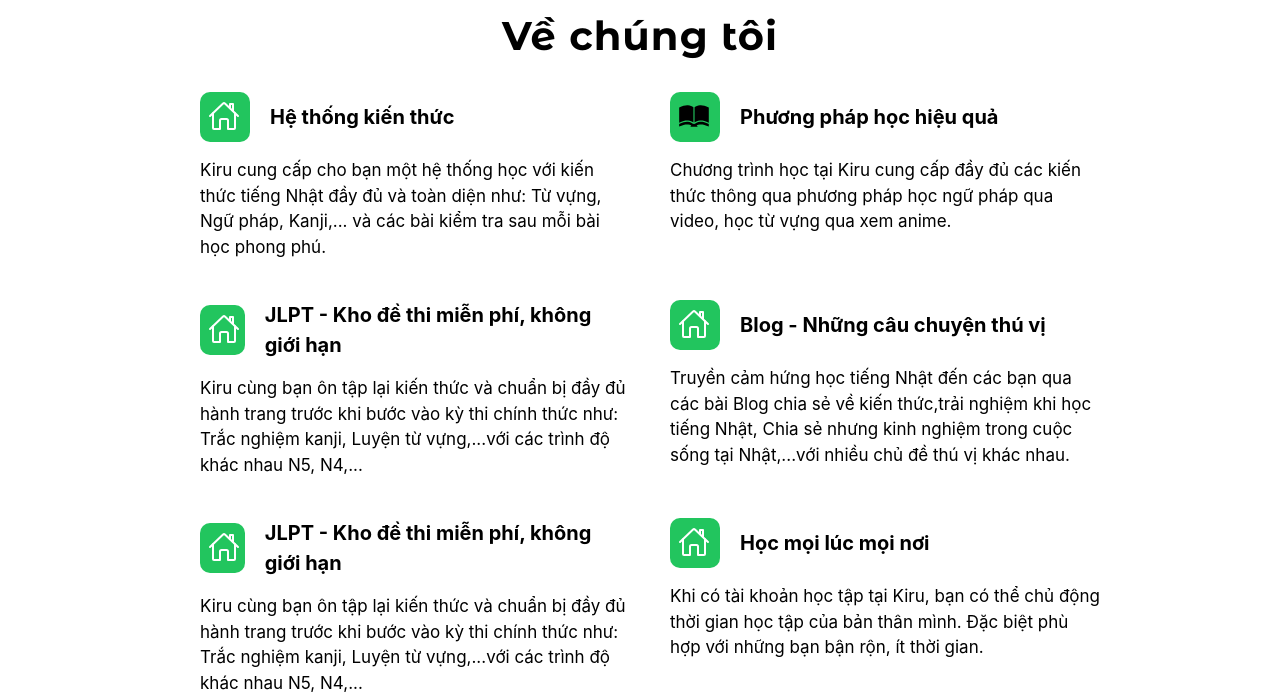
Repository: Quynhhuong150322/Kiru_Website-hoc-tieng-Nhat
Page: /
The author's editor kept a copy of each file at every save. The page is drawn from the files as they stood at one save, then again after the next save.
The browser window is 1280 px wide. The pictures show the part of the page from y = 820 to 1516 px (the page is 1516 px tall).
The project was rebuilt for these pictures with package versions that can differ from the ones it lists, and the page was loaded fresh each time.

Above is the page before, as saved 2023-08-14 12:04:40.

### public/index.html
<!DOCTYPE html>
<html lang="en">
  <head>
    <meta charset="utf-8" />
    <link rel="icon" href="%PUBLIC_URL%/favicon.ico" />
    <meta name="viewport" content="width=device-width, initial-scale=1" />
    <meta name="theme-color" content="#000000" />
    <meta
      name="description"
      content="Web site created using create-react-app"
    />
    <link rel="apple-touch-icon" href="%PUBLIC_URL%/logo192.png" />
    <!--
      manifest.json provides metadata used when your web app is installed on a
      user's mobile device or desktop. See https://developers.google.com/web/fundamentals/web-app-manifest/
    -->
    <link rel="manifest" href="%PUBLIC_URL%/manifest.json" />
    <!--
      Notice the use of %PUBLIC_URL% in the tags above.
      It will be replaced with the URL of the `public` folder during the build.
      Only files inside the `public` folder can be referenced from the HTML.

      Unlike "/favicon.ico" or "favicon.ico", "%PUBLIC_URL%/favicon.ico" will
      work correctly both with client-side routing and a non-root public URL.
      Learn how to configure a non-root public URL by running `npm run build`.
    -->
    <title>Kiru web</title>
  </head>
  <body>
    <noscript>You need to enable JavaScript to run this app.</noscript>
    <div id="root"></div>
    <!--
      This HTML file is a template.
      If you open it directly in the browser, you will see an empty page.

      You can add webfonts, meta tags, or analytics to this file.
      The build step will place the bundled scripts into the <body> tag.

      To begin the development, run `npm start` or `yarn start`.
      To create a production bundle, use `npm run build` or `yarn build`.
    -->
  </body>
</html>

### src/index.js
import React from 'react';
import ReactDOM from 'react-dom/client';
import './index.css';
import App from './App';
import reportWebVitals from './reportWebVitals';
import { BrowserRouter} from "react-router-dom";


const root = ReactDOM.createRoot(document.getElementById('root'));
root.render(
  <React.StrictMode>
    <BrowserRouter>
      <App />
    </BrowserRouter>
  </React.StrictMode>
);

// If you want to start measuring performance in your app, pass a function
// to log results (for example: reportWebVitals(console.log))
// or send to an analytics endpoint. Learn more: https://bit.ly/CRA-vitals
reportWebVitals();

### src/App.js
import './App.css';
import HeaderBefor from "./component/HeaderBefor";
// import MyRoutes from './route/MyRoutes';
import GioiThieu from "./component/Gioi_thieu"

function App() {
  return (
    <div className = "bg-white">
      {/* <MyRoutes></MyRoutes> */}
      <HeaderBefor></HeaderBefor>
      <GioiThieu></GioiThieu>
    </div>
  );
}

export default App;

### src/App.css
.App {
  text-align: center;
}

.App-logo {
  height: 40vmin;
  pointer-events: none;
}

@media (prefers-reduced-motion: no-preference) {
  .App-logo {
    animation: App-logo-spin infinite 20s linear;
  }
}

.App-header {
  background-color: #282c34;
  min-height: 100vh;
  display: flex;
  flex-direction: column;
  align-items: center;
  justify-content: center;
  font-size: calc(10px + 2vmin);
  color: white;
}

.App-link {
  color: #61dafb;
}

@keyframes App-logo-spin {
  from {
    transform: rotate(0deg);
  }
  to {
    transform: rotate(360deg);
  }
}

@font-face {
  font-family: Japanese;
  src: url(./font/Japanese\ 3017.ttf);
}

@font-face {
  font-family: InterBold;
  src: url(./font/Inter-Bold.ttf);
}

@font-face {
  font-family: InterRegular;
  src: url(./font/Inter-Regular.ttf);
}

@font-face {
  font-family: Montserrat;
  src: url(./font/MontserratAlternates-Bold.otf);
}

### src/component/HeaderBefor.js
import React from "react";
import logo from "../image/logo.png"
import { Link } from "react-router-dom";

const Header = () => {
    return (
        <div className = "bg-white top-0 h-[70px] ">
            <div class="flex justify-between items-center p-1">
                <Link to = "/">
                    <div className="flex flex-row items-center gap-5 pl-[50px] justify-center">
                        <img
                            className="h-[55px] w-55px] rounded-full "
                            src = {logo}
                            alt = "logo"
                        />
                        <div className="font-japanese text-[40px] font-bold">Kiru</div>
                    </div>
                </Link>
                <div className=""></div>
                    <ul className="flex space-x-4 justify-start gap-10 font-interBold text-[17px] pr-28 ">
                        <li className="hover:text-yellow-500">
                            <Link to = "/GioiThieu">Giới Thiệu</Link>
                        </li>
                        <li className="hover:text-yellow-500">
                            <Link to = "/LienHe">Liên hệ</Link>
                        </li>
                        <li className="hover:text-yellow-500">
                            <Link to = "/KhoaHocBefor">Khoá học</Link>
                        </li>
                        <li className="hover:text-yellow-500">
                            <Link to = "/FAQs">FAQs</Link>
                        </li>
                    </ul>
                <div className="pr-[50px] flex items-center ">
                    <ul className="flex space-x-4 justify-start gap-1 font-interBold text-[17px] items-center">
                        <li>
                            <button
                                type="button"
                                className="w-[117px] h-10 rounded-[20px] hover:border-2 border-amber-500 hover:text-sky-500">
                                Đăng nhập
                            </button>
                        </li>
                        <li>
                            <button
                                type="button"
                                className = "w-28 h-10 rounded-[20px] text-white bg-gradient-to-r from-amber-300  to-orange-500 hover:border-2 border-amber-700 hover:text-sky-500">
                                Đăng ký
                            </button>
                        </li>
                    </ul>
                </div>
            </div>

        </div>
    );
};
export default Header;

### src/component/Gioi_thieu.js
import React from "react";
import Photo from "../image/photo1.jpeg";
import {IoHomeOutline} from "react-icons/io5";
import {GiOpenBook} from "react-icons/gi";
import {ImBooks} from "react-icons/im";


const GioiThieu = () => {
    return (
        <div class="">
            <div
                className="bg-[url('/Users/quynhhuong/kiru_web/src/image/bg.png')] bg-no-repeat bg-[length:750px_750px] h-[750px] "
                // src = {Bg}
                alt = "Bg" >
                <div className="flex gap-[50px]">
                    <div className="pl-[200px] flex-initial w-[800px]">
                        <div className="font-inter font-bold tracking-wide text-2xl subpixel-antialiased leading-[4.5rem]  pt-[130px]">
                            <div className="">Tiếng Nhật khó</div>
                            <div className="">Đã có Kiru lo</div>
                        </div>
                        <div className="font-inter font-bold text-xl pt-[50px] text-slate-500">Website học tiếng Nhật tuyến Kiru hoàn toàn miễn phí tích hợp đầy đủ các kiến thức, kỹ năng thông qua các video bài giảng và bài tập giúp các bạn dễ dàng chinh phục tiếng Nhật một cách dễ dàng.</div>
                        <div className="pt-10">
                            <button
                                type="button"
                                className = "w-[300px] h-[70px] rounded-[40px] text-white bg-gradient-to-r from-amber-300  to-orange-500 hover:border-2 border-amber-700 hover:text-sky-500 font-interBold text-[25px] items-center">
                                Tham gia ngay
                            </button>
                        </div>
                    </div>
                    <div className="pt-[180px] ">
                        <img
                            className="h-[400px] w-[700px] rounded-l-[20px] shadow-[0_40px_70px_-15px_rgba(0,0,0,0.8)]"
                            src = {Photo}
                            alt = "Photo1"
                        />
                    </div>
                </div>
            </div>
            <div className="">
                <div className="font-montserrat font-bold tracking-wide text-[40px] subpixel-antialiased leading-[4.5rem] text-center">Về chúng tôi</div>
                <div className="pl-[200px]">
                    <div className="grid grid-cols-2 gap-10 flex-initial w-[900px] pt-5">
                        <div className="">
                            <div className="flex items-center gap-[20px]">
                                <div className="h-[50px] w-[50px] bg-green-500 rounded-[10px] text-[40px] font-[600] cursor-pointer items-center text-center">
                                    <IoHomeOutline className="stroke-white pt-2 pl-2"/>
                                </div>
                                <p className="font-inter font-bold text-xl">Hệ thống kiến thức</p>
                            </div>
                            <div className=" pt-4 font-inter text-[17px]">Kiru cung cấp cho bạn một hệ thống học với kiến thức tiếng Nhật đầy đủ và toàn diện như: Từ vựng, Ngữ pháp, Kanji,... và các bài kiểm tra sau mỗi bài học phong phú.</div>
                        </div>
                        <div className="">
                            <div className="flex items-center gap-[20px]">
                                <div className="h-[50px] w-[50px] bg-green-500 rounded-[10px] text-[40px] font-[600] cursor-pointer items-center text-center">
                                    <GiOpenBook className="stroke-white pt-2 pl-2"/>
                                </div>
                                <p className="font-inter font-bold text-xl">Phương pháp học  hiệu quả</p>
                            </div>
                            <div className="pt-4 font-inter text-[17px]">Chương trình học tại Kiru cung cấp đầy đủ các kiến thức thông qua phương pháp học ngữ pháp qua video, học từ vựng qua xem anime.</div>
                        </div>
                        <div className="">
                            <div className="flex items-center gap-[20px]">
                                <div className="h-[50px] w-[50px] bg-green-500 rounded-[10px] text-[40px] font-[600] cursor-pointer items-center text-center">
                                    <IoHomeOutline className="stroke-white pt-2 pl-2"/>
                                </div>
                                <p className="font-inter font-bold text-xl">JLPT - Kho đề thi miễn phí,
không giới hạn </p>
                            </div>
                            <div className="pt-4 font-inter text-[17px]">Kiru cùng bạn ôn tập lại kiến thức và chuẩn bị đầy đủ hành trang trước khi bước vào kỳ thi chính thức như: Trắc nghiệm kanji, Luyện từ vựng,...với các trình độ khác nhau N5, N4,... </div>
                        </div>
                        <div className="">
                            <div className="flex items-center gap-[20px]">
                                <div className="h-[50px] w-[50px] bg-green-500 rounded-[10px] text-[40px] font-[600] cursor-pointer items-center text-center">
                                    <IoHomeOutline className="stroke-white pt-2 pl-2"/>
                                </div>
                                <p className="font-inter font-bold text-xl">Blog - Những câu chuyện thú vị </p>
                            </div>
                            <div className="pt-4 font-inter text-[17px]">Truyền cảm hứng học tiếng Nhật đến các bạn qua các bài Blog chia sẻ về kiến thức,trải nghiệm khi học tiếng Nhật, Chia sẻ nhưng kinh nghiệm trong cuộc sống tại Nhật,...với nhiều chủ đề thú vị khác nhau. </div>
                        </div>
                        <div className="">
                            <div className="flex items-center gap-[20px]">
                                <div className="h-[50px] w-[50px] bg-green-500 rounded-[10px] text-[40px] font-[600] cursor-pointer items-center text-center">
                                    <IoHomeOutline className="stroke-white pt-2 pl-2"/>
                                </div>
                                <p className="font-inter font-bold text-xl">JLPT - Kho đề thi miễn phí,
không giới hạn </p>
                            </div>
                            <div className="pt-4 font-inter text-[17px]">Kiru cùng bạn ôn tập lại kiến thức và chuẩn bị đầy đủ hành trang trước khi bước vào kỳ thi chính thức như: Trắc nghiệm kanji, Luyện từ vựng,...với các trình độ khác nhau N5, N4,... </div>
                        </div>
                        <div className="">
                            <div className="flex items-center gap-[20px]">
                                <div className="h-[50px] w-[50px] bg-green-500 rounded-[10px] text-[40px] font-[600] cursor-pointer items-center text-center">
                                    <IoHomeOutline className="stroke-white pt-2 pl-2"/>
                                </div>
                                <p className="font-inter font-bold text-xl">Học mọi lúc mọi nơi</p>
                            </div>
                            <div className="pt-4 font-inter text-[17px] ">Khi có tài khoản học tập tại Kiru, bạn có thể chủ động thời gian học tập của bản thân mình. Đặc biệt phù hợp với những bạn bận rộn, ít thời gian.</div>
                        </div>
                    </div>
                </div>
            </div>
        </div>

    );
}
export default GioiThieu;

### tailwind.config.js
/** @type {import('tailwindcss').Config} */
module.exports = {
  content: ["./src/**/*.{html,js}"],
  // plugins: [require("tailwind-scrollbar")],
  theme: {
    extend: {
      fontSize: {
        sm: '9px',
        base: '13px',
        xl: '20px',
        '2xl': '60px',
        '3xl': '80px',
        '4xl': '90px',
        '5xl': '100px',
      }
    },
    screens: {
      'sm': {'min': '400px', 'max': '767px'},
      // => @media (min-width: 640px and max-width: 767px) { ... }

      'md': {'min': '768px', 'max': '1023px'},
      // => @media (min-width: 768px and max-width: 1023px) { ... }

      'lg': {'min': '1024px', 'max': '1279px'},
      // => @media (min-width: 1024px and max-width: 1279px) { ... }

      'xl': {'min': '1280px', 'max': '1535px'},
      // => @media (min-width: 1280px and max-width: 1535px) { ... }

      '2xl': {'min': '1536px'},
      // => @media (min-width: 1536px) { ... }
    },

    fontFamily: {
      japanese: ['"Japanese"'],
      interBold: ['"InterBold"'],
      interRegular: ['"InterRegular"'],
      montserrat: ['"Montserrat"']
    },
  },
  plugins: [],
}

Loaded but not shown: src/index.css (common file); src/reportWebVitals.js (common file)

After the next save:
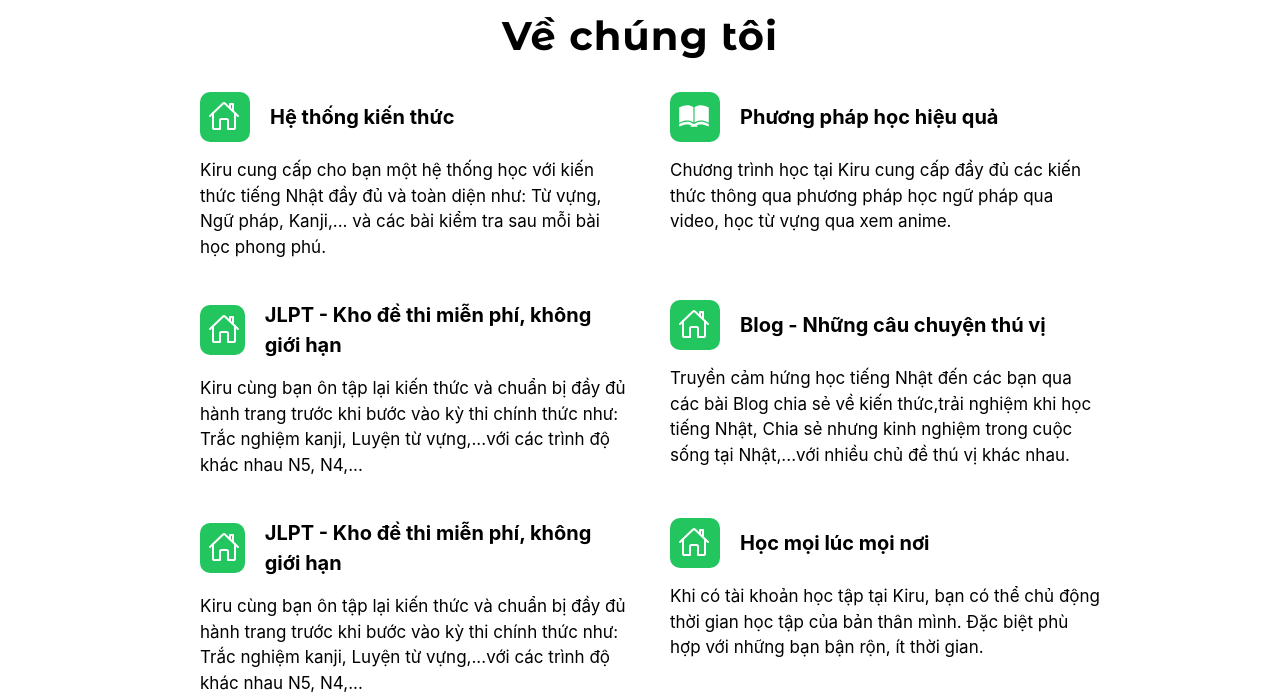
Saved 17 s later.
--- a/src/component/Gioi_thieu.js
+++ b/src/component/Gioi_thieu.js
@@ -52,7 +52,7 @@
                         <div className="">
                             <div className="flex items-center gap-[20px]">
                                 <div className="h-[50px] w-[50px] bg-green-500 rounded-[10px] text-[40px] font-[600] cursor-pointer items-center text-center">
-                                    <GiOpenBook className="stroke-white pt-2 pl-2"/>
+                                    <GiOpenBook className="fill-white pt-2 pl-2"/>
                                 </div>
                                 <p className="font-inter font-bold text-xl">Phương pháp học  hiệu quả</p>
                             </div>
